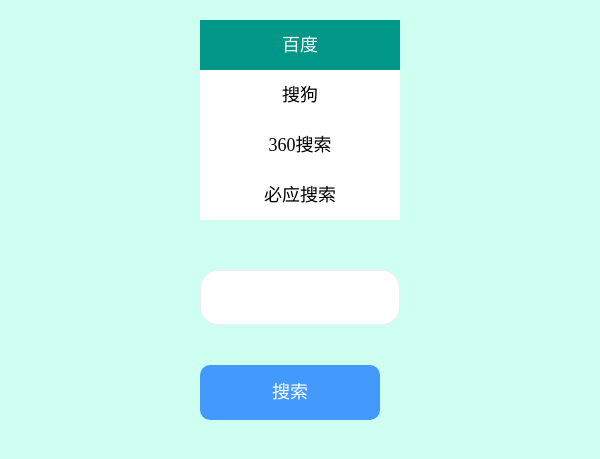
Repository: hellobz/duosousuoyinqing
Page: sousuo.html
An editor plug-in stored every save of this project. The page is shown before and after the next save, followed by the edit.
The browser window is 600 px wide. The pictures show the whole page.
Some web libraries are served in a nearby version.

Above is the page before, as saved 2022-05-25 10:06:04.

After the next save:
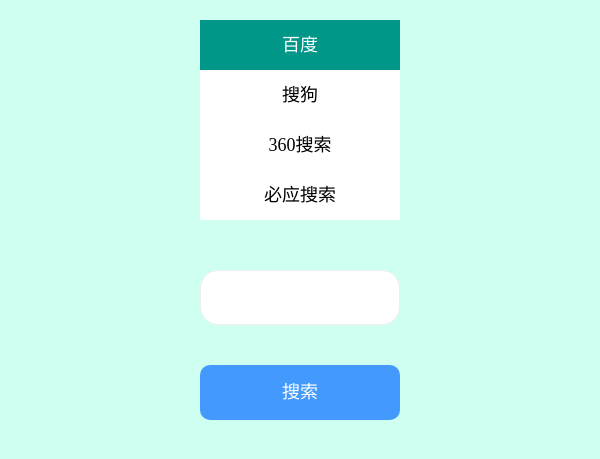
Saved 46 s later.
--- a/css/index.css
+++ b/css/index.css
@@ -96,4 +96,8 @@
     .ipt {
         margin-bottom: 40px;
     }
+
+    .btn {
+        width: 200px;
+    }
 }
